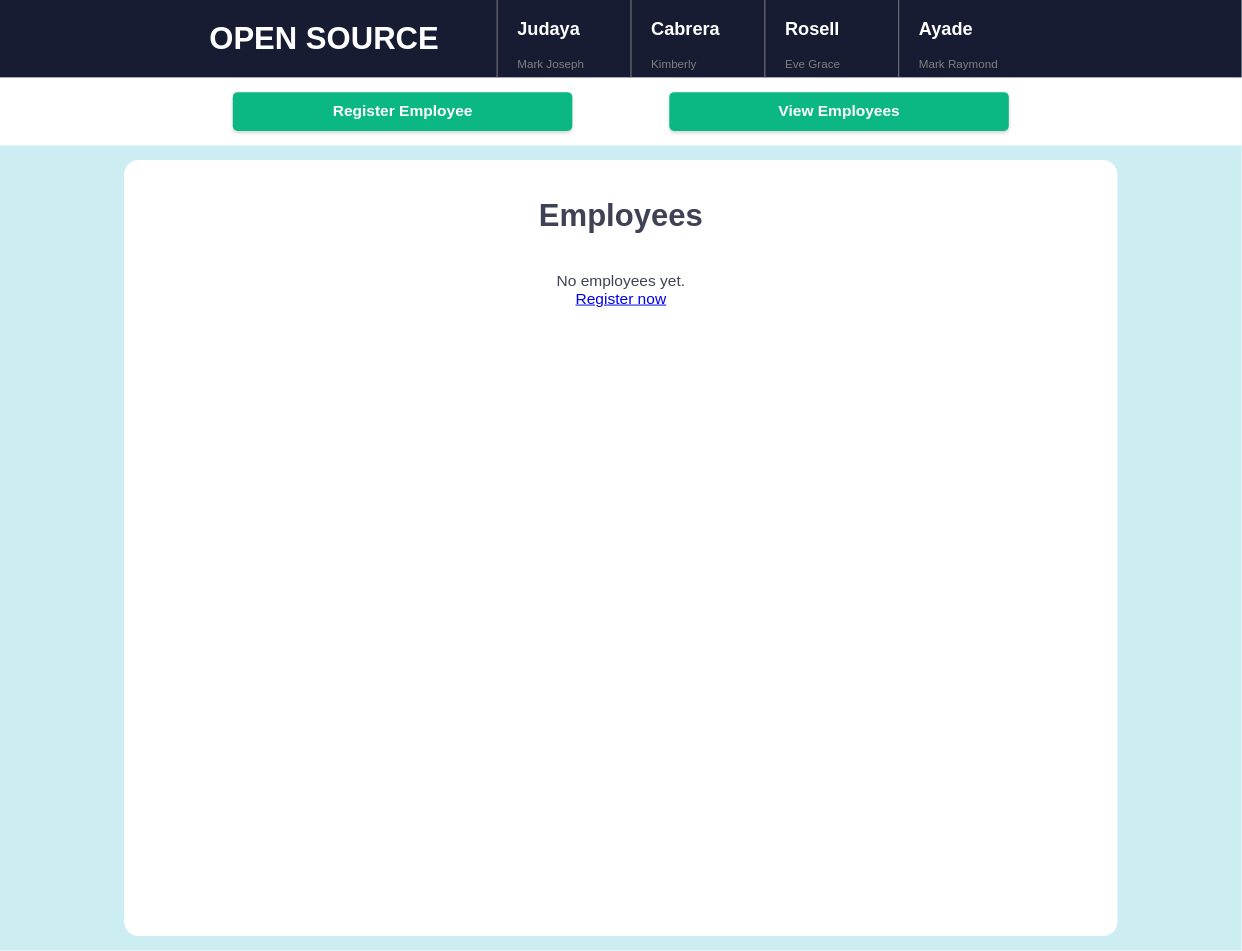
Repository: azkalonz/Int-Prog-2
Page: http://localhost/Int_Prog_2/employee?page=view
An editor plug-in stored every save of this project. The page is shown before and after the next save, followed by the edit.
The browser window is 1280 px wide. The pictures show the whole page, at 97% of full size.
The page is served by Tomcat 9. Other server files are loaded and not shown. Queries for data that is not in the repository find no rows.

Above is the page before, as saved 2021-03-02 12:09:55.

### Int Prog 2/WebContent/WEB-INF/views/employees.jsp
<%@taglib prefix="c" uri="http://java.sun.com/jsp/jstl/core"%>

<jsp:include page="/WEB-INF/layout/header.jsp" />

<div class="tableCon">
            <h1>Employees</h1>
            <br>
            <c:if test="${empty employees}">
			    No employees yet. <a href="<%=request.getContextPath() %>/register">Register now</a>
			</c:if>

			<c:if test="${not empty employees}">
	            <table id="theTable">
	                <thead>
	                    <tr>
	                        <th>User ID</th>
	                        <th>Name</th>
	                        <th>Email</th>
	                        <th>Username</th>
	                        <th>Action</th>
	                    </tr>
	                </thead>
	                <tbody>
	                    <c:forEach items="${employees}" var="employee">
						    <tr>
						        <td>${employee.employeeID}</td>
						        <td>${employee.firstname} ${employee.lastname}</td>
						        <td>${employee.email}</td>
						        <td>${employee.username}</td>
						        <td>
						        	<a class="button-link" href="?id=${employee.employeeID}">
						        		View
						        	</a>
						        	<a class="button-link" href="<%=request.getContextPath() %>/delete?id=${employee.employeeID}">
						        		Delete
						        	</a>
						        </td>
						    </tr>
						</c:forEach>
	                </tbody>
	            </table>
            </c:if>
        </div>

<jsp:include page="/WEB-INF/layout/footer.jsp" />

### Int Prog 2/WebContent/WEB-INF/layout/header.jsp
<%@ page language="java" contentType="text/html; charset=ISO-8859-1"
	pageEncoding="ISO-8859-1"%>
<!DOCTYPE html>
<html>
<head>
<meta charset="ISO-8859-1">
<title>Employee</title>
<link rel="stylesheet" href="<%=request.getContextPath()%>/css/style.css"/>
</head>
<body>
<header>
        <div class="container">
            <h1>OPEN SOURCE</h1>
            <div class="namesCon">
                <div class="names">
                    <h3>Judaya</h3>
                    <span>Mark Joseph</span>
                </div>
                <div class="names">
                    <h3>Cabrera</h3>
                    <span>Kimberly</span>
                </div>
                <div class="names">
                    <h3>Rosell</h3>
                    <span>Eve Grace</span>
                </div>
                <div class="names">
                    <h3>Ayade</h3>
                    <span>Mark Raymond</span>
                </div>
            </div>
        </div>
    </header>
    <div class="navCon">
        <div class="container">
            <a class="button" href="<%=request.getContextPath()%>/register">Register Employee</a>
            <a class="button" href="<%=request.getContextPath()%>/employee">View Employees</a>
        </div>
    </div>

    <div class="thecontent">

### Int Prog 2/src/com/intprog/controller/EmployeeServlet.java
package com.intprog.controller;

import java.io.IOException;
import java.util.ArrayList;

import javax.servlet.ServletException;
import javax.servlet.annotation.WebServlet;
import javax.servlet.http.HttpServlet;
import javax.servlet.http.HttpServletRequest;
import javax.servlet.http.HttpServletResponse;

import com.intprog.dao.EmployeeDAO;
import com.intprog.model.Employee;

/**
 * Servlet implementation class EmployeeServlet
 */
@WebServlet("/employee")
public class EmployeeServlet extends HttpServlet {
	private static final long serialVersionUID = 1L;
	EmployeeDAO employeeDAO = new EmployeeDAO();

    /**
     * @see HttpServlet#HttpServlet()
     */
    public EmployeeServlet() {
        super();
        // TODO Auto-generated constructor stub
    }

	/**
	 * @see HttpServlet#doGet(HttpServletRequest request, HttpServletResponse response)
	 */
	protected void doGet(HttpServletRequest request, HttpServletResponse response) throws ServletException, IOException  {
		// TODO Auto-generated method stub
		String id = request.getParameter("id");
		ArrayList<Employee> employees = new ArrayList<Employee>();
		Employee emp = new Employee();
		try {
			emp = employeeDAO.selectEmployee(Integer.parseInt(id));
			if(emp.employeeID>0) {
				getServletContext().setAttribute("employee", emp);
				getServletContext().getRequestDispatcher("/WEB-INF/views/employee.jsp").forward(request, response);
			} else {
				response.sendRedirect(request.getContextPath()+"/employee");
			}
		} catch(Exception e) {

		}
		try {
			employees = employeeDAO.allEmployee();
			getServletContext().setAttribute("employees", employees);
			getServletContext().getRequestDispatcher("/WEB-INF/views/employees.jsp").forward(request, response);
		}catch(Exception e) {
		}
	}

	/**
	 * @see HttpServlet#doPost(HttpServletRequest request, HttpServletResponse response)
	 */
	protected void doPost(HttpServletRequest request, HttpServletResponse response) throws ServletException, IOException {
		// TODO Auto-generated method stub
		doGet(request, response);
	}

}

### Int Prog 2/src/com/intprog/model/Employee.java
package com.intprog.model;

public class Employee {
	private String firstname,lastname,email,username,password,mi;
	public int employeeID;

	public int getEmployeeID() {
		return employeeID;
	}

	public void setEmployeeID(int employeeID) {
		this.employeeID = employeeID;
	}

	public String getFirstname() {
		return firstname;
	}

	public void setFirstname(String firstname) {
		this.firstname = firstname;
	}

	public String getLastname() {
		return lastname;
	}

	public void setLastname(String lastname) {
		this.lastname = lastname;
	}

	public String getEmail() {
		return email;
	}

	public void setEmail(String email) {
		this.email = email;
	}

	public String getUsername() {
		return username;
	}

	public void setUsername(String username) {
		this.username = username;
	}

	public String getPassword() {
		return password;
	}

	public void setPassword(String password) {
		this.password = password;
	}

	public String getMi() {
		return mi;
	}

	public void setMi(String mi) {
		this.mi = mi;
	}



}

### Int Prog 2/WebContent/css/style.css
body {
  background: rgb(204, 238, 242);
  margin: 0;
  padding: 0;
  font-family: "Poppins", sans-serif;
  color: rgb(63, 66, 84);
}

* {
	box-sizing: border-box;
}

header {
  width: 100%;
  background: rgb(24, 28, 50);
  display: flex;
  align-items: center;
  justify-content: center;
}

header .container {
  width: 1024px;
  display: flex;
  justify-content: center;
}

header .container h1 {
  color: white;
  margin-right: 20px;
}

header .container .namesCon {
  display: flex;
  margin-left: 40px;
}

.container .namesCon .names {
  width: 130px;
  display: flex;
  flex-direction: column;
  margin-right: 8px;
  border-left: 1px solid gray;
  padding-left: 20px;
}

.namesCon .names h3 {
  color: white;
}

.namesCon .names span {
  font-size: 12px;
  color: gray;
}

.navCon {
  width: 100%;
  height: 70px;
  background: white;
  display: flex;
  align-items: center;
  justify-content: center;
  padding: 20px 0;
}

.navCon .container {
  width: 1024px;
  display: flex;
  align-items: center;
  justify-content: center;
}

.navCon .container .button {
  width: 350px;
  height: 40px;
  margin: 0 50px;
  cursor: pointer;
  border: none;
  border-radius: 5px;
  background: rgb(11, 183, 131);
  font-weight: bold;
  box-shadow: 0 2px 4px lightgray;
  display: flex;
  justify-content: center;
  align-items: center;
}

.navCon .container .button {
  text-decoration: none;
  color: white;
}

.thecontent {
  width: 100%;
  display: flex;
  justify-content: center;
  padding: 15px 0;
}

.formCon {
  display: flex;
  align-items: center;
  justify-content: center;
  width: 1024px;
  height: 700px;
  background: white;
  padding-top: 15px;
  border-radius: 15px;
}
.inputCon {
  width: 370px;
  height: 80px;
  display: flex;
  flex-direction: column;
}

.inputCon span {
  margin-right: 10px;
  font-size: 15px;
}

.inputCon input {
  height: 40px;
  padding-left: 7px;
  border: 1px solid gray;
  border-radius: 5px;
}

.formCon button {
  width: 200px;
  height: 70px;
  float: right;
  border: none;
  border-radius: 4px;
  background: rgb(11, 183, 131);
  color: white;
  font-weight: bold;
  box-shadow: 0 2px 4px lightgray;
}

.thecontent .tableCon {
  background: white;
  width: 1024px;
  height: 800px;
  display: flex;
  justify-content: flex-start;
  padding-top: 18px;
  align-items: center;
  flex-direction: column;
  border-radius: 15px;
}

.tableCon table {
  width: 800px;
}

.tableCon table th {
  text-align: left;
}

.view-employee-table tr td:first-of-type{
	font-weight: bold;
	width: 200px;
	max-width: 200px;
}

table tr td {
	padding: 7px 13px;
}

.button-link {
	margin: 0 6px;
	padding: 4px;
	background: rgb(11, 183, 131);
	color: #fff;
	text-decoration: none;
	font-weight: bold;
	border-radius: 5px;
}

button {
	cursor: pointer;
	width: 100%!important;
}

Loaded but not shown: Int Prog 2/WebContent/WEB-INF/layout/footer.jsp (common file)

After the next save:
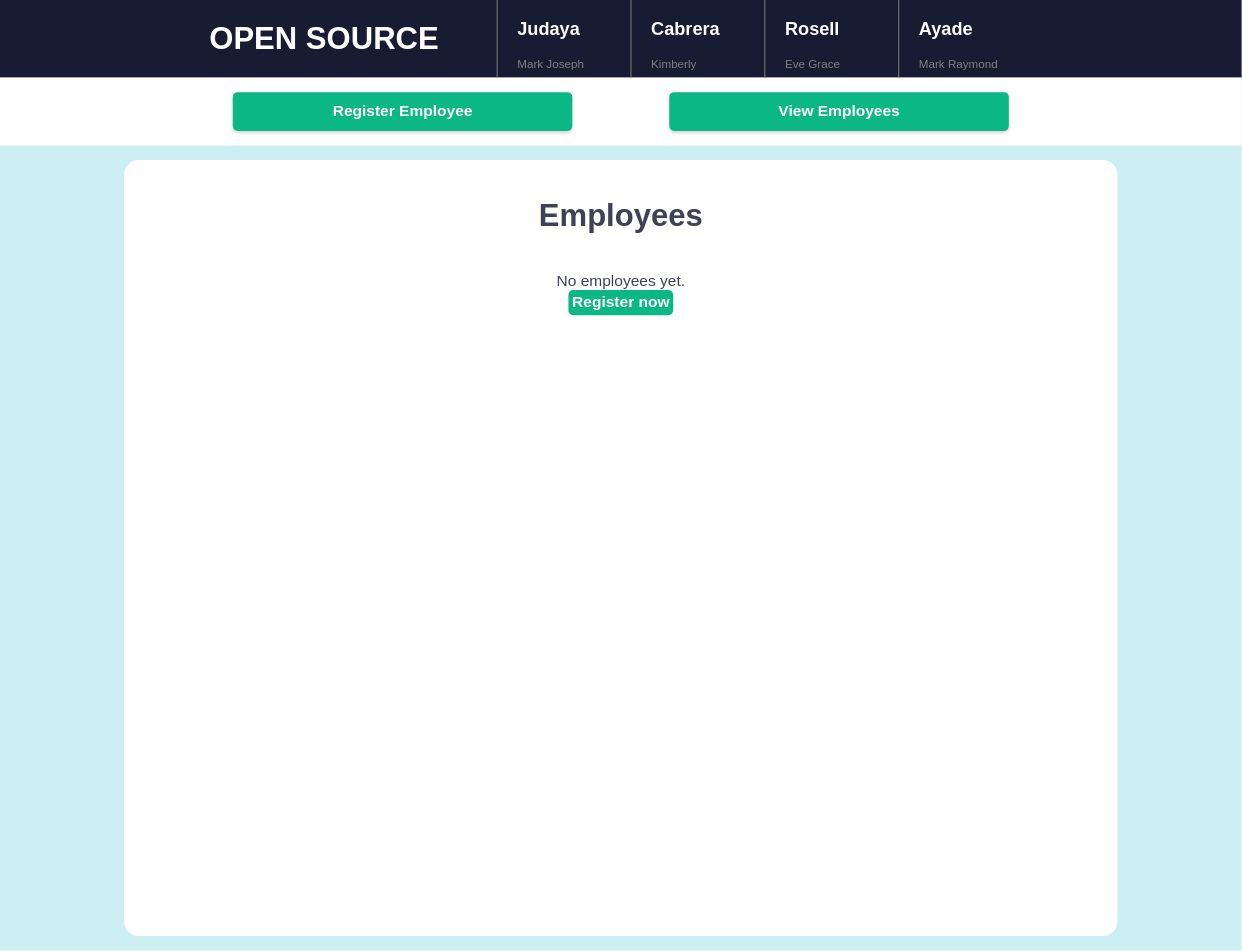
Saved 37 s later.
--- a/Int Prog 2/WebContent/WEB-INF/views/employees.jsp
+++ b/Int Prog 2/WebContent/WEB-INF/views/employees.jsp
@@ -6,7 +6,7 @@
             <h1>Employees</h1>
             <br>
             <c:if test="${empty employees}">
-			    No employees yet. <a href="<%=request.getContextPath() %>/register">Register now</a>
+			    No employees yet. <a class="button-link" href="<%=request.getContextPath() %>/register">Register now</a>
 			</c:if>
 
 			<c:if test="${not empty employees}">
